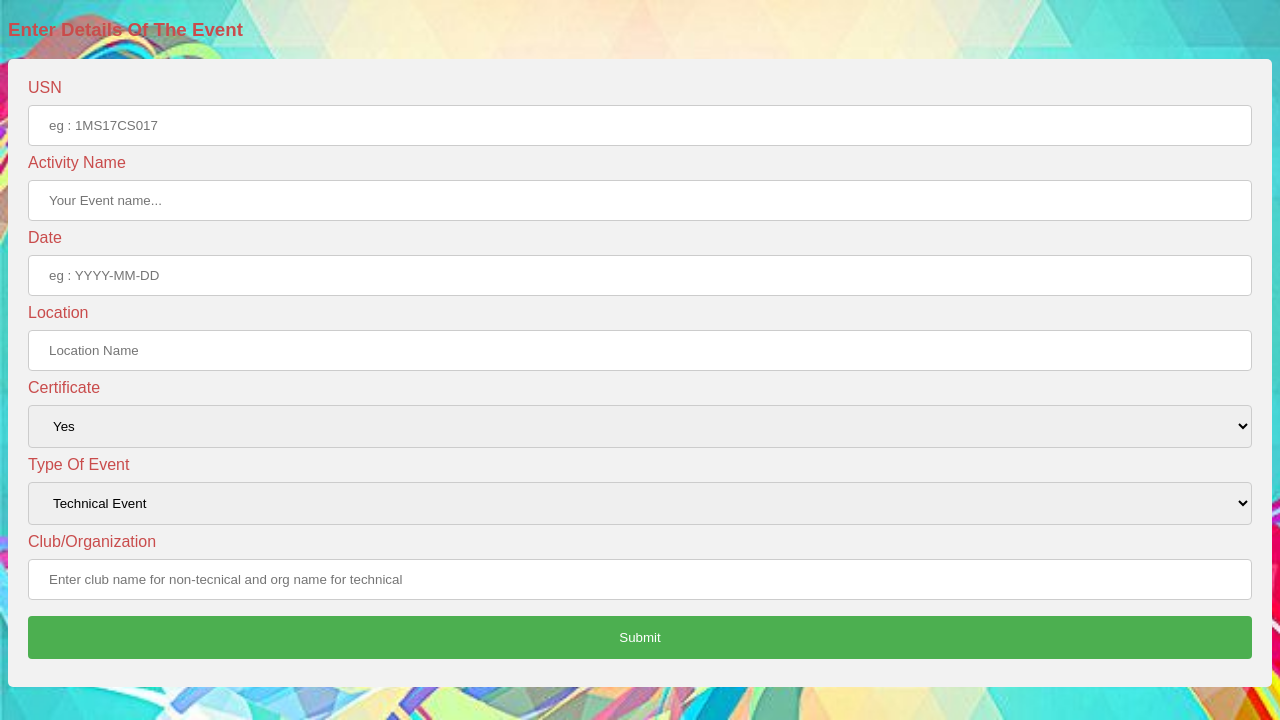
Repository: Malz6/DBMS-ActivityTracking
Page: dbs/WebContent/insert.html
An editor plug-in stored every save of this project. The page is shown before and after the next save, followed by the edit.
The browser window is 1280 px wide. The pictures show the whole page.

Above is the page before, as saved 2019-12-12 16:09:56.

### dbs/WebContent/insert.html
<!DOCTYPE html>
<html>
<style>
body
		{
			font-family: Arial, Helvetica, sans-serif;
			background-image: url('5.jpg');
		  	background-repeat: no-repeat;
		 	background-attachment: fixed;
		 	background-size: cover;
		 	color: rgb(201, 76, 76);
		}
input[type=text], select {
  width: 100%;
  padding: 12px 20px;
  margin: 8px 0;
  display: inline-block;
  border: 1px solid #ccc;
  border-radius: 4px;
  box-sizing: border-box;
}

input[type=submit] {
  width: 100%;
  background-color: #4CAF50;
  color: white;
  padding: 14px 20px;
  margin: 8px 0;
  border: none;
  border-radius: 4px;
  cursor: pointer;
}

input[type=submit]:hover {
  background-color: #45a049;
}

div {
  border-radius: 5px;
  background-color: #f2f2f2;
  padding: 20px;
}
</style>
<body>

<h3>Enter Details Of The Event</h3>

<div>
  <form action="insert" method="post">
    <label>USN</label>
    <input type="text" name="usn" placeholder="eg : 1MS17CS017">

    <label>Activity Name</label>
    <input type="text" name="acname" placeholder="Your Event name...">

    <label>Date</label>
    <input type="text" name="date" placeholder="eg : YYYY-MM-DD ">

    <label>Location</label>
    <input type="text" name="loc" placeholder="Location Name ">

    <label>Certificate</label>
    <select name="certificate">
      <option value="yes">Yes</option>
      <option value="no">No</option>
    </select>

    <label>Type Of Event</label>
    <select name="type">
      <option value="tech">Technical Event</option>
      <option value="non">Non-Technical Event</option>
    </select>

    <label>Club/Organization</label>
    <input type="text" name="club" placeholder="Enter club name for non-tecnical and org name for technical ">

    <input type="submit" value="Submit">
  </form>
</div>

</body>
</html>

After the next save:
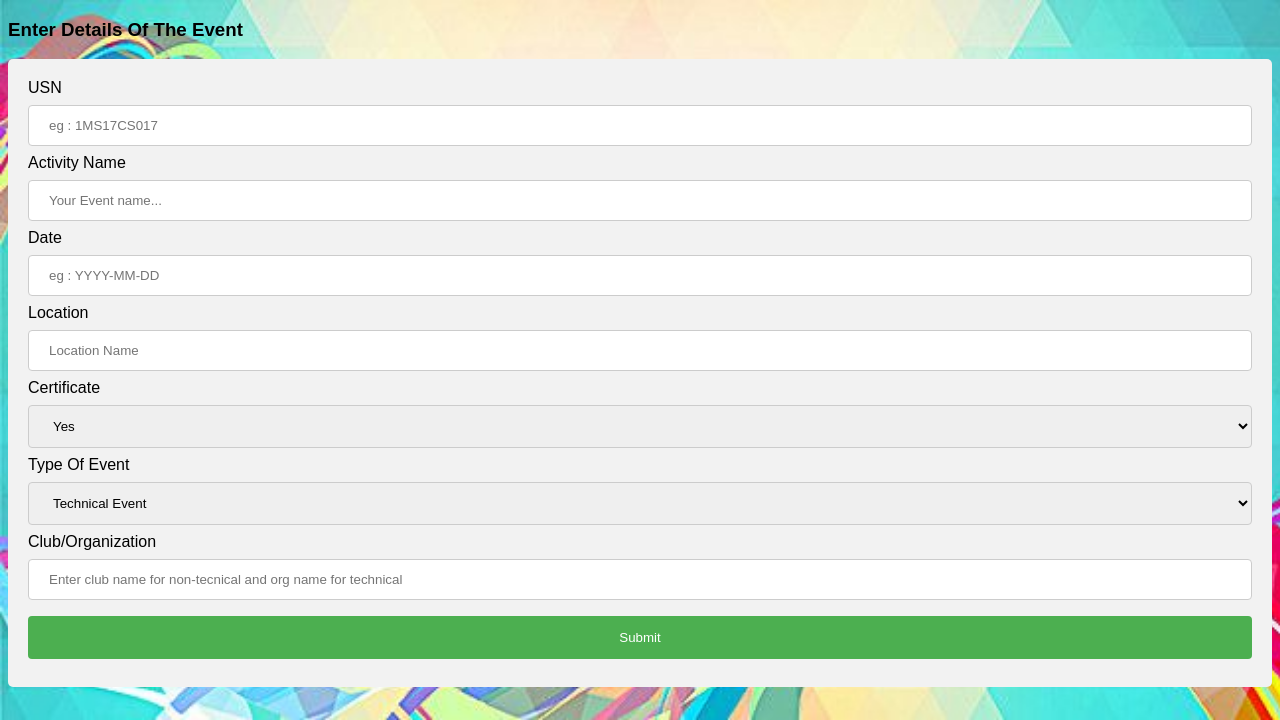
Saved 5 min 0 s later.
--- a/dbs/WebContent/insert.html
+++ b/dbs/WebContent/insert.html
@@ -8,8 +8,9 @@ body
 		  	background-repeat: no-repeat;
 		 	background-attachment: fixed;
 		 	background-size: cover;
-		 	color: rgb(201, 76, 76);
+		 	color: black;
 		}
+label{color:black;}
 input[type=text], select {
   width: 100%;
   padding: 12px 20px;
